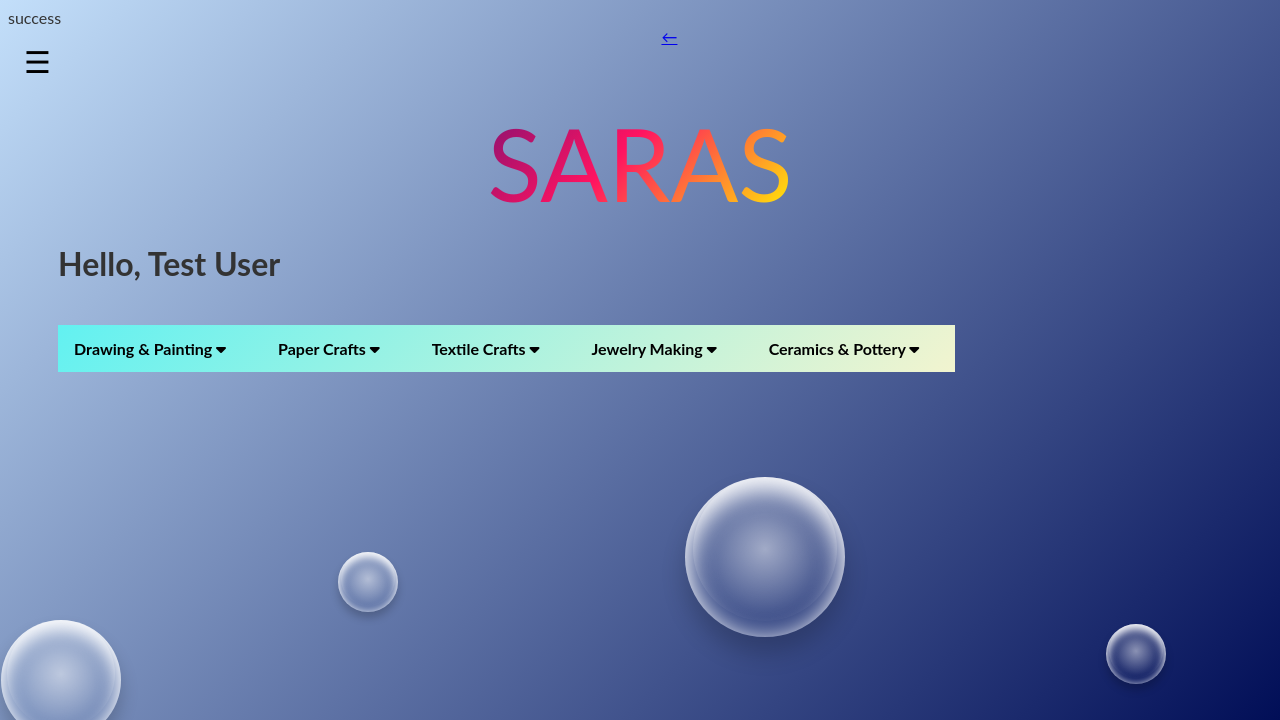
Repository: Muskan-Varma/InnoHeart
Page: http://localhost/pages/main.php
These files come from the project's save history. The page is drawn as it stood at one moment and after the next save; the edit follows.
The browser window is 1280 px wide. The pictures show the whole page.
The page is run by PHP 8.4 with error messages shown; the project is at /var/www/html/. The session is filled in as if someone had signed in: {"username": "testuser", "firstName": "Test User", "lastName": "Test User"}. Queries for data that is not in the repository find no rows.

Above is the page before, as saved 2024-09-13 14:08:04.

After the next save:
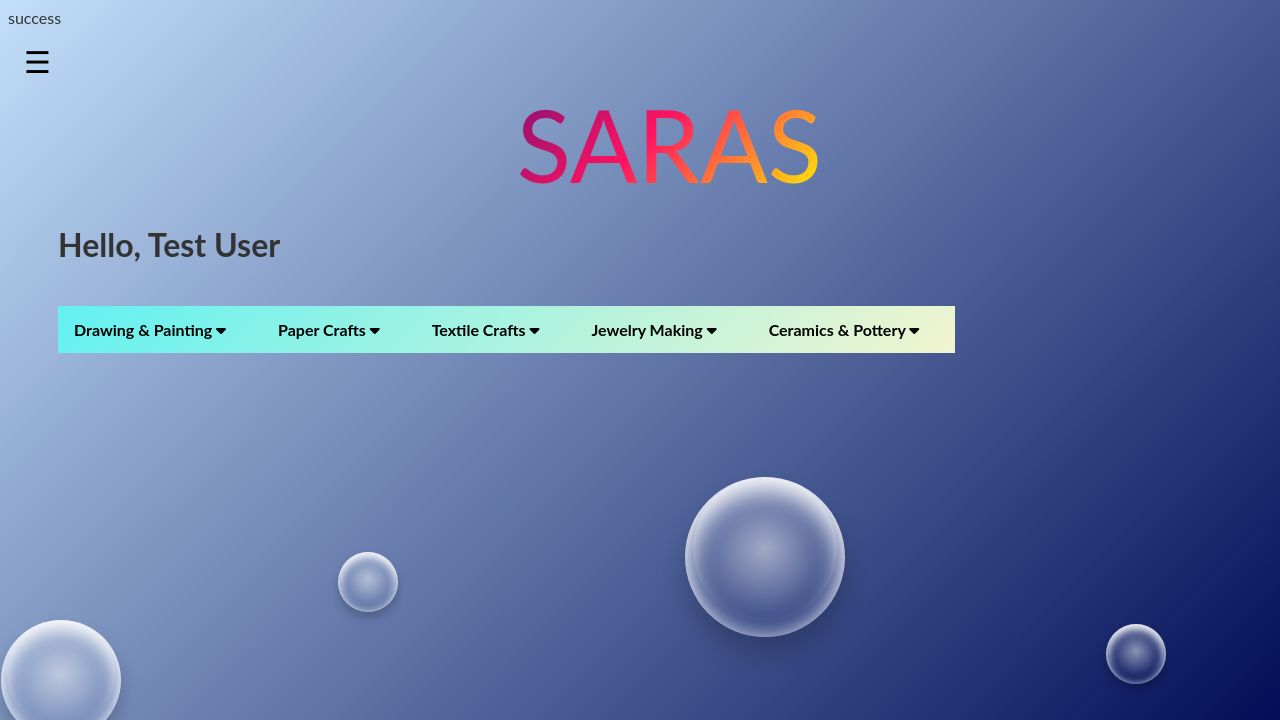
Saved 63 s later.
--- a/pages/main.php
+++ b/pages/main.php
@@ -62,9 +62,6 @@ if (isset($_SESSION['username'])) {
         </div>
       </section>
       <center>
-        <a href="../index.html" class="back-btn" aria-label="back">
-          <ion-icon name="arrow-back-circle-outline">←</ion-icon>
-        </a>
         <div class="row">
           <br /><br /><br />
           <label class="animate-charcter">SARAS</label>
